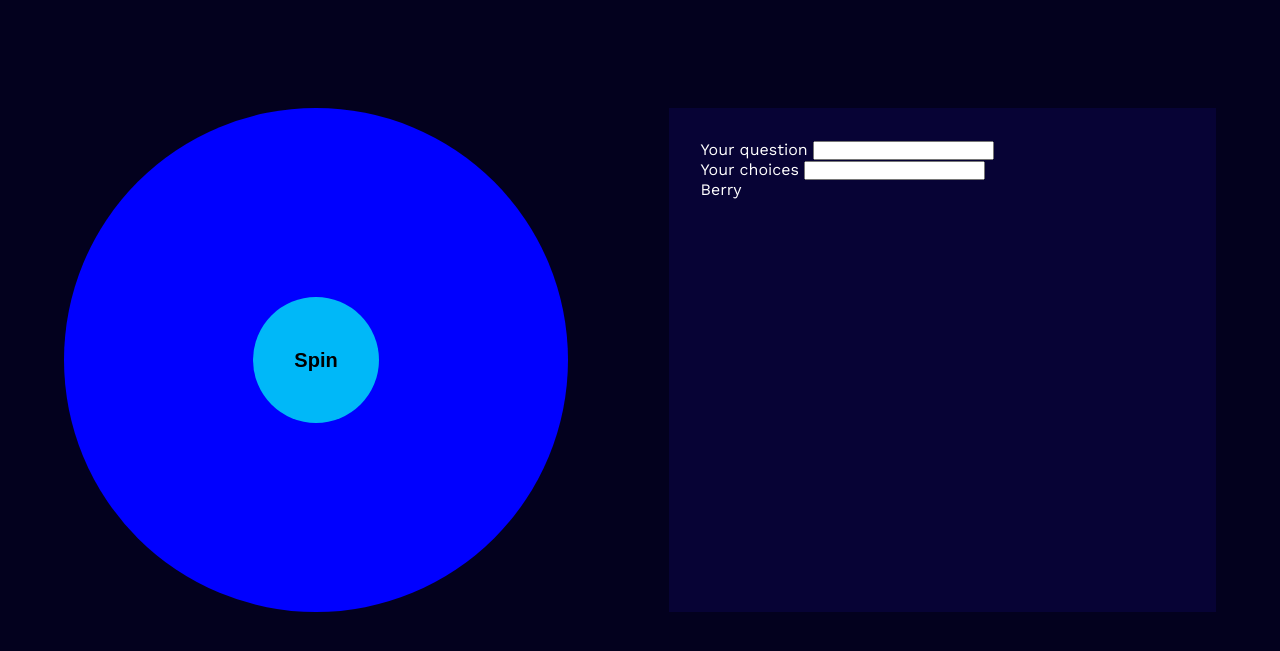
Repository: emiliaiwu/choice_wheel_spinner
Page: index.html
These files come from the project's save history. The page is drawn as it stood at one moment and after a run of saves; the edit follows.
The browser window is 1280 px wide. The pictures show the whole page.

Above is the page before, as saved 2023-01-09 23:44:54.

### index.html
<!DOCTYPE html>
<html lang="en">
<head>
    <meta charset="UTF-8">
    <meta http-equiv="X-UA-Compatible" content="IE=edge">
    <meta name="viewport" content="width=device-width, initial-scale=1.0">
    <link rel="stylesheet" href="style.css">
    <title>Choice Picker</title>
</head>
<body>
    <div class="container">
        <div class="choice_picker_container">
            <div class="choice_picker">
                <div class="circle">
                    <button class="spin">
                        <h2>Spin</h2>
                    </button>
                </div>
            </div>
            <div class="choice_details">
                <div class="question">
                    <label for="question">Your question</label>
                    <input type="text" name="question" id="question">
                </div>
                <div class="make_choices">
                    <label for="choices">Your choices</label>
                    <input type="text" name="choices" id="choices">
                </div>
                <div class="listed_choices">
                    <span class="choice">Berry</span>
                </div>
            </div>
        </div>
        <div class="picked_choice">

        </div>
    </div>
</body>
</html>

### style.css
@import url('https://fonts.googleapis.com/css2?family=Work+Sans:ital,wght@0,400;0,500;1,700&display=swap');

* {
    padding: 0;
    margin: 0;
    box-sizing: border-box;
}


body {
    background-color: rgb(3, 1, 30);
    font-family: 'Work Sans', sans-serif;
    max-width: 100vw;
    min-height: 100vh;
    color: #ffffff;

}

body,
.spin {
    display: flex;
    align-items: center;
    justify-content: center;

}

.container {
    padding: 5%;
}

.container,
.choice_picker {
    width: 100%;
    height: 100%;
}

.choice_picker_container {
    display: flex;
    align-items: flex-start;
    justify-content: space-between;
    gap: 2rem;
}

.circle {
    width: 70vmin;
    height: 70vmin;
    background-color: blue;
    border-radius: 50%;
    position: relative;
}

.spin {
    width: 25%;
    height: 25%;
    background-color: rgba(0, 246,246,0.75);
    position: absolute;
    border-radius: 50%;
    top: 50%;
    left: 50%;
    transform: translate(-50%, -50%);
    outline: none;
    border: none;
}


.choice_details {
    padding: 2rem;
    height: 70vmin;
    width: 90%;
    background-color: rgb(7, 3, 53);

}

After the next 8 saves:
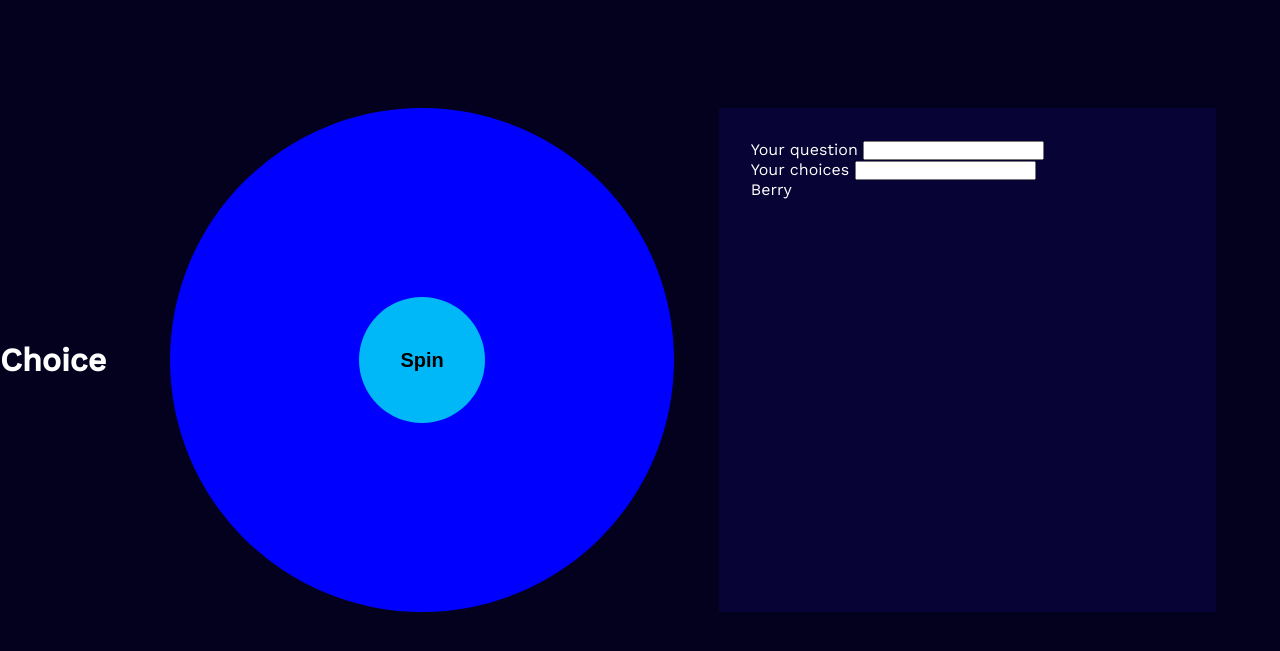
The 8 saves are shown as one change because they came seconds apart.
The last was saved 6 min 26 s later.
--- a/index.html
+++ b/index.html
@@ -8,6 +8,9 @@
     <title>Choice Picker</title>
 </head>
 <body>
+    <header>
+        <h1>Choice</h1>
+    </header>
     <div class="container">
         <div class="choice_picker_container">
             <div class="choice_picker">
